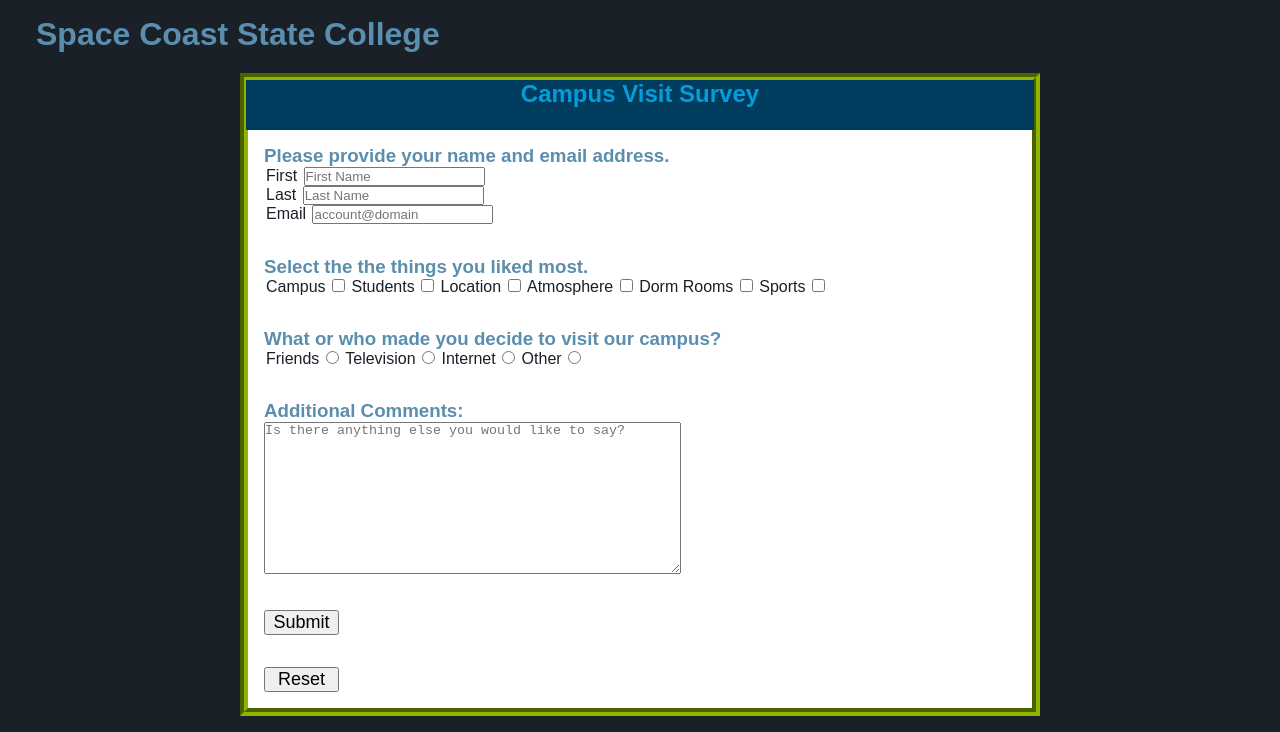
Repository: mlmEFSC21/P2-University-Form
Page: index.html
The author's editor kept a copy of each file at every save. The page is drawn from the files as they stood at one save, then again after the next save.
The browser window is 1280 px wide. The pictures show the whole page.
Some web fonts or font styles are not loaded; a fallback is used.

Above is the page before, as saved 2022-01-29 20:08:54.

After the next save:
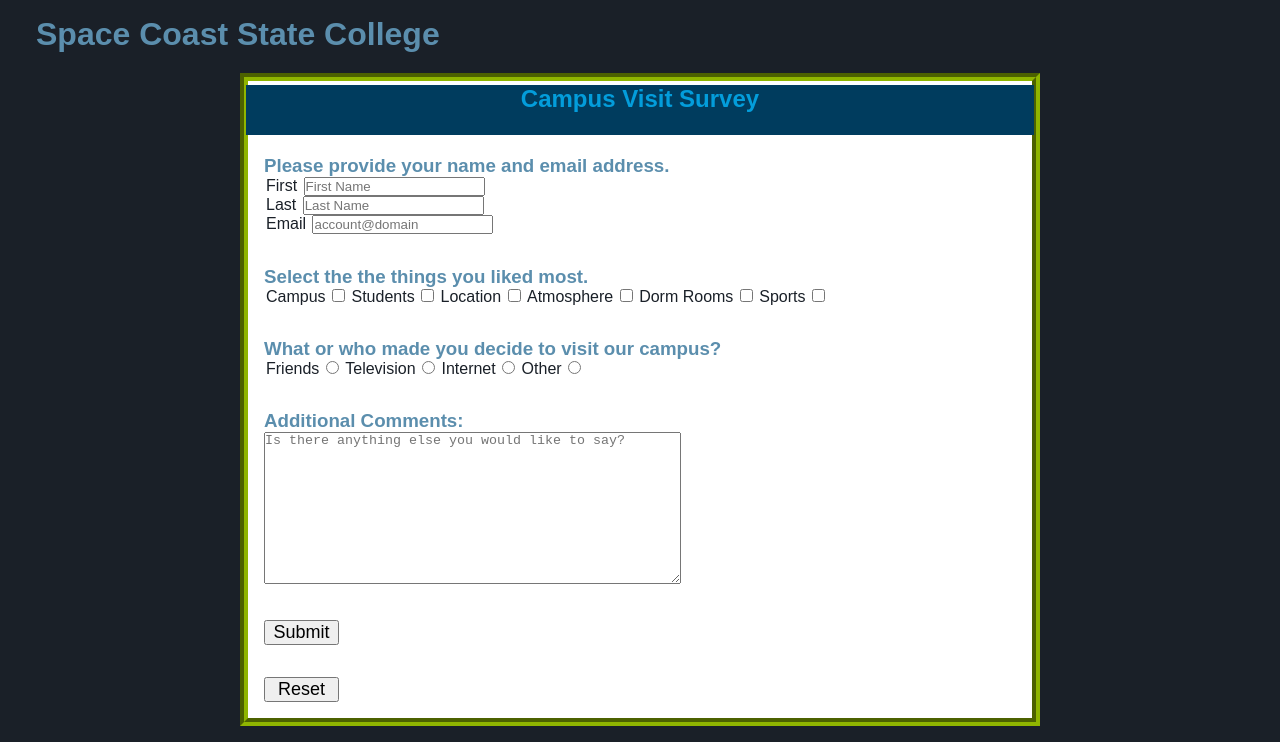
Saved 4 s later.
--- a/uniFormStyles.css
+++ b/uniFormStyles.css
@@ -27,7 +27,7 @@ header {
     margin-bottom: 1.25em;
 }
 h2 {
-    margin: -0.7em -0.75em;
+    margin: -0.5em -0.75em;
     height: 50px;
     background-color: var(--clr-prime);
     color: #039ddb;
